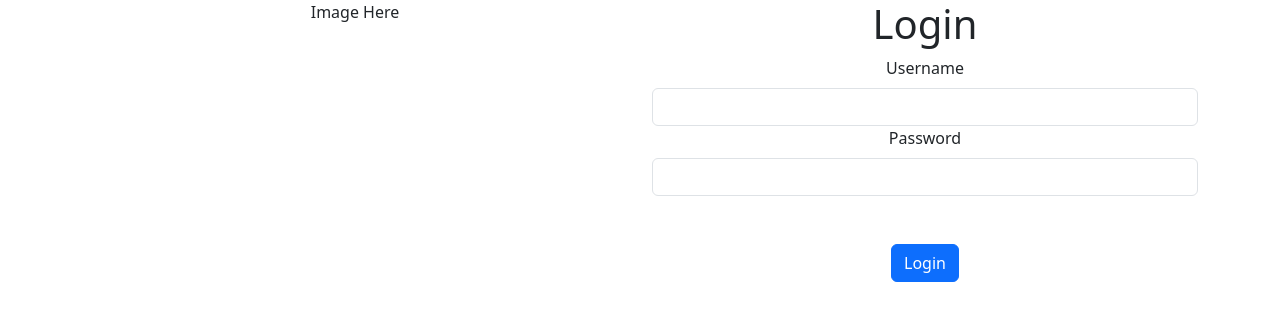
Repository: oboioz/SimpleTodoApp
Page: /todos (app in SimpleTodoAppFrontEnd/todo-app/)
These files come from the project's save history. The page is drawn as it stood at one moment and after the next save; the edit follows.
The browser window is 1280 px wide. The pictures show the whole page.
The project was rebuilt for these pictures with package versions that can differ from the ones it lists, and the page was loaded fresh each time. Also part of the build but not shown: SimpleTodoAppFrontEnd/todo-app/src/components/todo/Login/LoginStyle.css.

Above is the page before, as saved 2024-04-03 19:50:00.

After the next save:
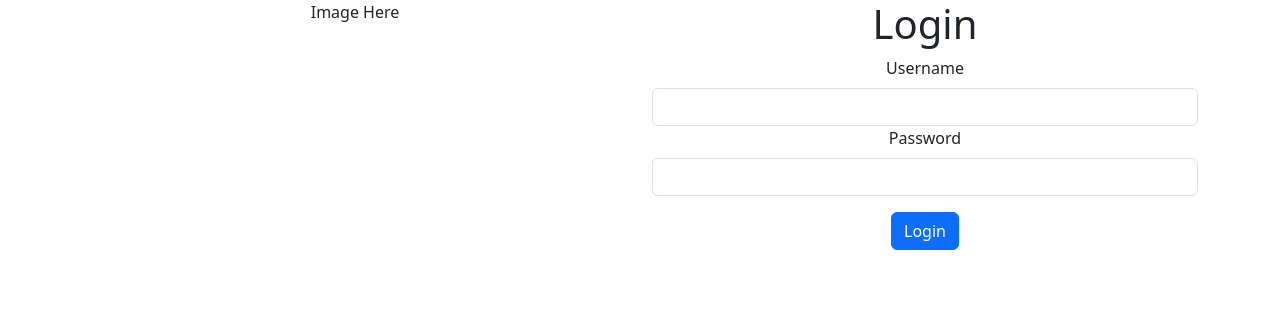
Saved 4 s later.
--- a/SimpleTodoAppFrontEnd/todo-app/src/components/todo/Login/LoginComponent.jsx
+++ b/SimpleTodoAppFrontEnd/todo-app/src/components/todo/Login/LoginComponent.jsx
@@ -21,7 +21,7 @@ function LoginComponent() {
                             <input type="password" name="password" className="form-control" />
                         </div>
 
-                        <button type="button" name="login" class="btn btn-primary mt-5">Login</button>
+                        <button type="button" name="login" class="btn btn-primary mt-3">Login</button>
                     </form>
                 </div>
             </div>
